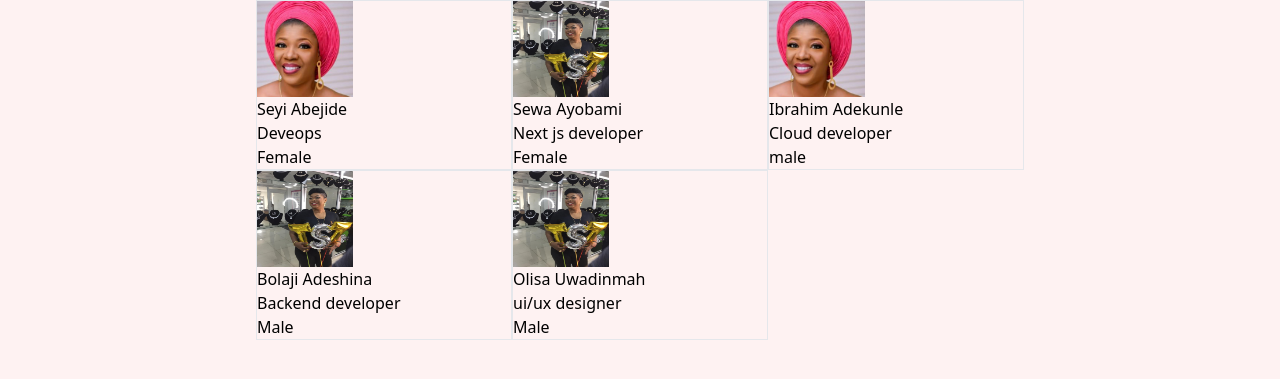
Repository: Semanmernstack/Bincom
Page: /
The author's editor kept a copy of each file at every save. The page is drawn from the files as they stood at one save, then again after the next save.
The browser window is 1280 px wide. The pictures show the whole page.
The project was rebuilt for these pictures with package versions that can differ from the ones it lists, and the page was loaded fresh each time. The framework's server and built-in components were replaced by stand-ins that run in the browser. Also part of the build but not shown: next.config.mjs.

Above is the page before, as saved 2024-01-25 05:28:10.

After the next save:
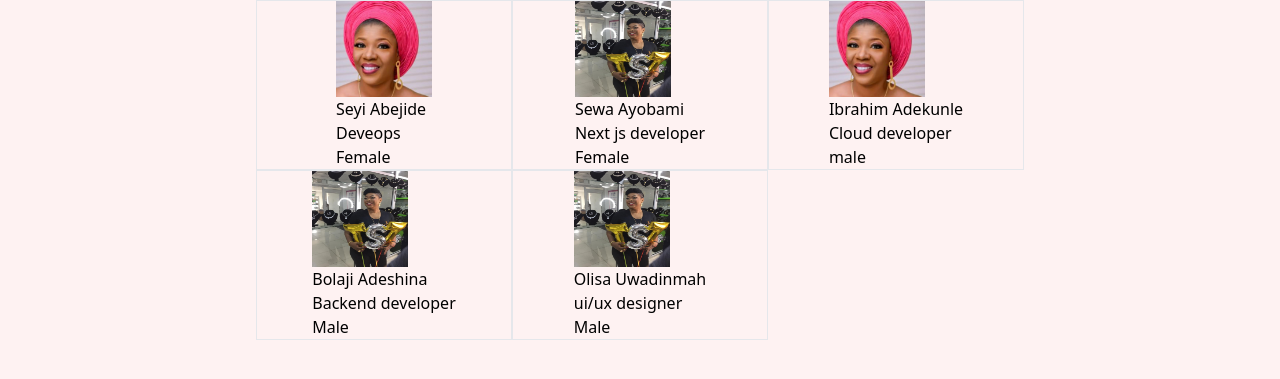
Saved 5 s later.
--- a/app/page.tsx
+++ b/app/page.tsx
@@ -57,7 +57,7 @@ export default function Home() {
     <main className=" flex flex-col max-w-3xl mx-auto ">
       <div className="grid grid-cols-1 sm:grid-cols-2 md:grid-cols-3">
           {data.map((p, index)=> (
-              <div className=" border items-center justify-center" key={index}>
+              <div className=" border items-center justify-center flex" key={index}>
                 <SetUp
                   id={p.id}
                   title={p.title}
